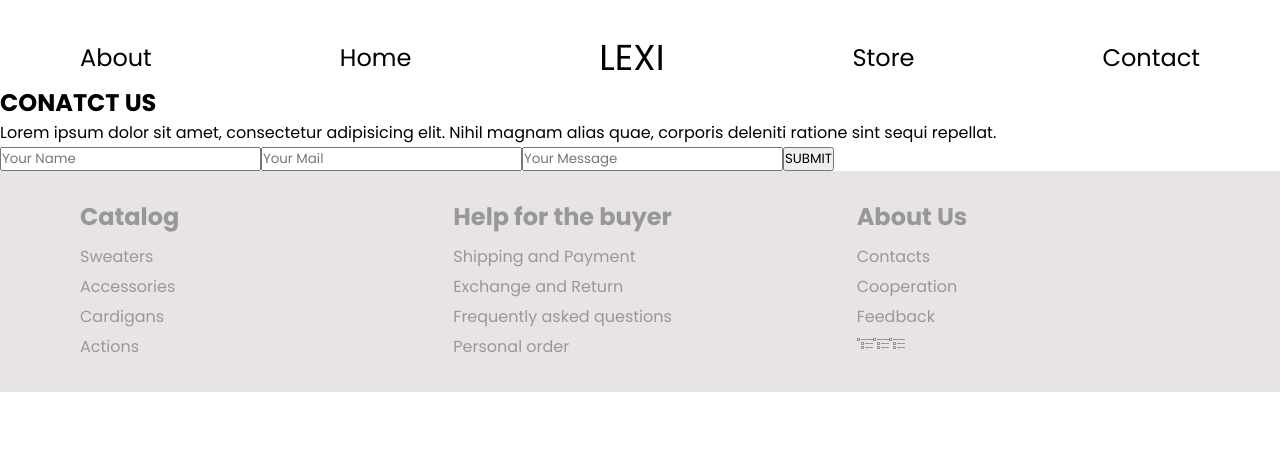
Repository: BuduCE/lexi
Page: /contact
The author's editor kept a copy of each file at every save. The page is drawn from the files as they stood at one save, then again after a run of saves.
The browser window is 1280 px wide. The pictures show the whole page.
The project was rebuilt for these pictures with package versions that can differ from the ones it lists, and the page was loaded fresh each time. The framework's server and built-in components were replaced by stand-ins that run in the browser. Also part of the build but not shown: nuxt.config.ts, components/CartIcon.vue, components/Icons/Cart.vue, components/Icons/Close.vue, components/Icons/CloseHam.vue, components/Icons/RightArrow.vue, components/Product.vue.

Above is the page before, as saved 2023-05-24 06:37:39.

### assets/main.css
@import url('https://fonts.googleapis.com/css2?family=Montserrat:ital,wght@0,200;0,300;0,400;0,500;0,600;0,700;0,800;0,900;1,200;1,300;1,400;1,500;1,600;1,700;1,800;1,900&family=Poppins:wght@100;200;300;400;500;700;900&display=swap');

*{
    margin: 0;
    padding: 0;
    box-sizing: border-box;
    font-family: poppins;
}

### components/Footer.vue
<template>
    <footer>
        <div class="catalog footer_pane">
            <h2>Catalog</h2>
            <p>Sweaters</p>
            <p>Accessories</p>
            <p>Cardigans</p>
            <p>Actions</p>
        </div>
        <div class="help footer_pane">
            <h2>Help for the buyer</h2>
            <p>Shipping and Payment</p>
            <p>Exchange and Return</p>
            <p>Frequently asked questions</p>
            <p>Personal order</p>
        </div>
        <div class="about footer_pane">
            <h2>About Us</h2>
            <p>Contacts</p>
            <p>Cooperation</p>
            <p>Feedback</p>
            <div class="socials">
                <IconsHamburger />
                <IconsHamburger />
                <IconsHamburger />
            </div>
        </div>
    </footer>
</template>

<style>
footer{
    background: #E9E4E4;
    color: #989898;
    padding: 28px 80px;
    display: grid;
    grid-template-columns: 1fr 1fr 1fr;
}
.footer_pane h2{
    padding-bottom: 10px;
}
.footer_pane p{
    padding-bottom: 5px;
}
.help{
    padding-right: 30px;
}
.about{
    padding-left: 30px;
}
@media screen and (max-width: 768px) {
    footer{
        display: grid;
        grid-template-columns: 1fr 1fr;
        padding: 28px 80px;
    }
    .help {
        padding-right: 0;
    }

    .about {
        padding-left: 0;
    }
}
@media screen and (max-width: 596px) {
    footer{
        grid-template-columns: 1fr;
        padding: 10px 60px;
    }
}
@media screen and (max-width: 463px) {
    footer{
        padding: 10px 10px;
    }
}
</style>

### components/Header.vue
<script setup>
// Hamburger Menu
const showMenu = ref(false)

const handleMenu = () => showMenu.value = !showMenu.value

</script>

<template>
    <div>
        <header class="nav">
            <NuxtLink to="/about" class="nav_option">About</NuxtLink>
            <NuxtLink to="/" class="nav_option">Home</NuxtLink>
            <a class="logo" id="logo">LEXI</a>
            <NuxtLink to="/store" class="nav_option">Store</NuxtLink>
            <NuxtLink to="" class="nav_option">Contact</NuxtLink>
        </header>

        <header class="nav_mob">
            <a href="#" class="logo" id="mob_logo">LEXI</a>

            <div v-show="showMenu" class="desk_nav" id="mobi-links">

                <button class="logomob hamburger_close" id="close_hamburger" style="color: red;" @click="handleMenu">X CLOSE X</button>


                <NuxtLink to="/" class="nav_option">Home</NuxtLink>

                <NuxtLink to="/about" class="nav_option">About</NuxtLink>

                <NuxtLink to="/store" class="nav_option">Store</NuxtLink>

                <NuxtLink to="/contact" class="nav_option">Contact</NuxtLink>

            </div>

            <button class="hamburger"  id="hamburger" @click="showMenu = true">
                <svg stroke="currentColor" fill="none" stroke-width="2.5" viewBox="0 0 24 24" stroke-linecap="round"
                    stroke-linejoin="round" class="h-6 w-6" height="2em" width="2em" xmlns="http://www.w3.org/2000/svg">
                    <line x1="3" y1="12" x2="21" y2="12"></line>
                    <line x1="3" y1="6" x2="21" y2="6"></line>
                    <line x1="3" y1="18" x2="21" y2="18"></line>
                </svg>
            </button>
            <!-- <IconsHamburger class="hamburger"  id="hamburger" @click="showMenu = true"/> -->
        </header>
    </div>
</template>

<style>
.nav{
    display: flex;
    align-items: center;
    justify-content: space-between;
    padding: 30px 80px 0px 80px;
}
.nav a{
    text-decoration: none;
    color: #000;
    font-size: 1.5rem;
}
.nav_mob a{
    text-decoration: none;
    color: #000;
}
.nav a:hover{
    font-weight: bolder;
    transition: 1s;
}
.nav_mob a:hover{
    font-weight: bolder;
    transition: 1s;
}
#logo{
    font-size: 2.25rem;
    font-weight: normal;
}
#mob_logo{
    font-size: 1.8rem;
    font-weight: normal;
}
.nav_mob{
    display: none;
}
/* Responsiveness */
@media screen and (max-width: 768px) {
    .nav {
        padding: 10px 80px 0 80px;
    }
}
@media screen and (max-width: 596px) {
    .nav{
        padding: 10px 60px 0 60px;
    }
    .nav a{
        font-size: 1.2rem;
    }
}
@media screen and (max-width: 463px) {
    .nav{
        display: none;
    }
    .nav_mob{
        display: flex;
        justify-content: space-between;
        align-items: center;
        padding: 0 10px;
        padding-top: 10px;
    }
    .desk_nav{
        /* display: none; */
        display: flex;
        width: 35%;
        flex-direction: column;
        padding: 10px 0;
        text-align: center;
        position: fixed;
        top: 0;
        right: 0;
        background: #fff;
        z-index: 5;
        position: fixed;
        animation: fadeIn 2s;
        box-shadow: -8px 9px 14px -3px rgba(0, 0, 0, 0.78);
            -webkit-box-shadow: -8px 9px 14px -3px rgba(0, 0, 0, 0.78);
            -moz-box-shadow: -8px 9px 14px -3px rgba(0, 0, 0, 0.78);
    }
    .desk_nav a {
        padding: 10px;
        cursor: pointer;
    }
    .hamburger_close{
        font-size: 0.75rem;
    }
    .hamburger{
        background: none;
        border: none;
        cursor: pointer;
    }
    #close_hamburger{
        border: none;
        background: none;
    }
}
</style>

### components/Icons/Hamburger.vue

<template>
    <svg xmlns="http://www.w3.org/2000/svg" width="1em" height="1em" viewBox="0 0 2048 2048">
        <path fill="currentColor"
            d="M512 384h1536v128H512V384zm512 640V896h1024v128H1024zm0 512v-128h1024v128H1024zM0 640V256h384v384H0zm128-256v128h128V384H128zm384 768V768h384v384H512zm128-256v128h128V896H640zm-128 768v-384h384v384H512zm128-256v128h128v-128H640z">
        </path>
    </svg>
</template>

<script>
export default {
    name: 'FluentMdl2BulletedTreeList'
}
</script>

### pages/contact.vue
<template>
    <Header />

    <div class="form">
        <h2>CONATCT US</h2>
        <p>Lorem ipsum dolor sit amet, consectetur adipisicing elit. Nihil magnam alias quae, corporis deleniti ratione sint sequi repellat.</p>

        <form action="">
            <input type="text" placeholder="Your Name">

            <input type="text" placeholder="Your Mail">

            <input type="text" placeholder="Your Message">

            <button>SUBMIT <IconRightArrow /></button>
        </form>

    </div>

    <Footer />
</template>

<style>
form{

}
</style>

Loaded but not shown: app.vue (common file)

After the next 2 saves:
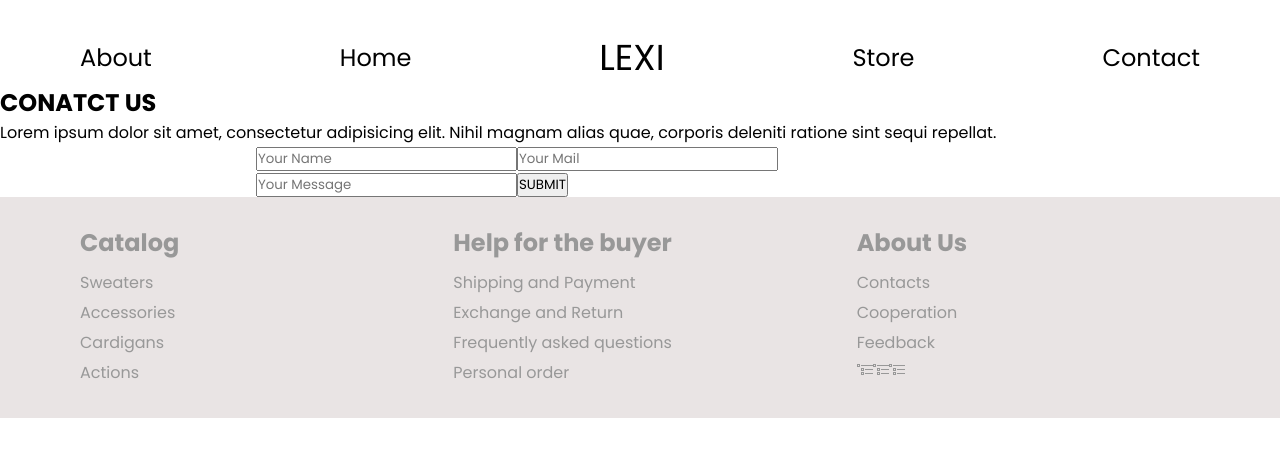
The 2 saves are shown as one change because they came seconds apart.
The last was saved 9 s later.
--- a/pages/contact.vue
+++ b/pages/contact.vue
@@ -22,6 +22,8 @@
 
 <style>
 form{
+    width: 60%;
+    margin: auto;
 
 }
 </style>
